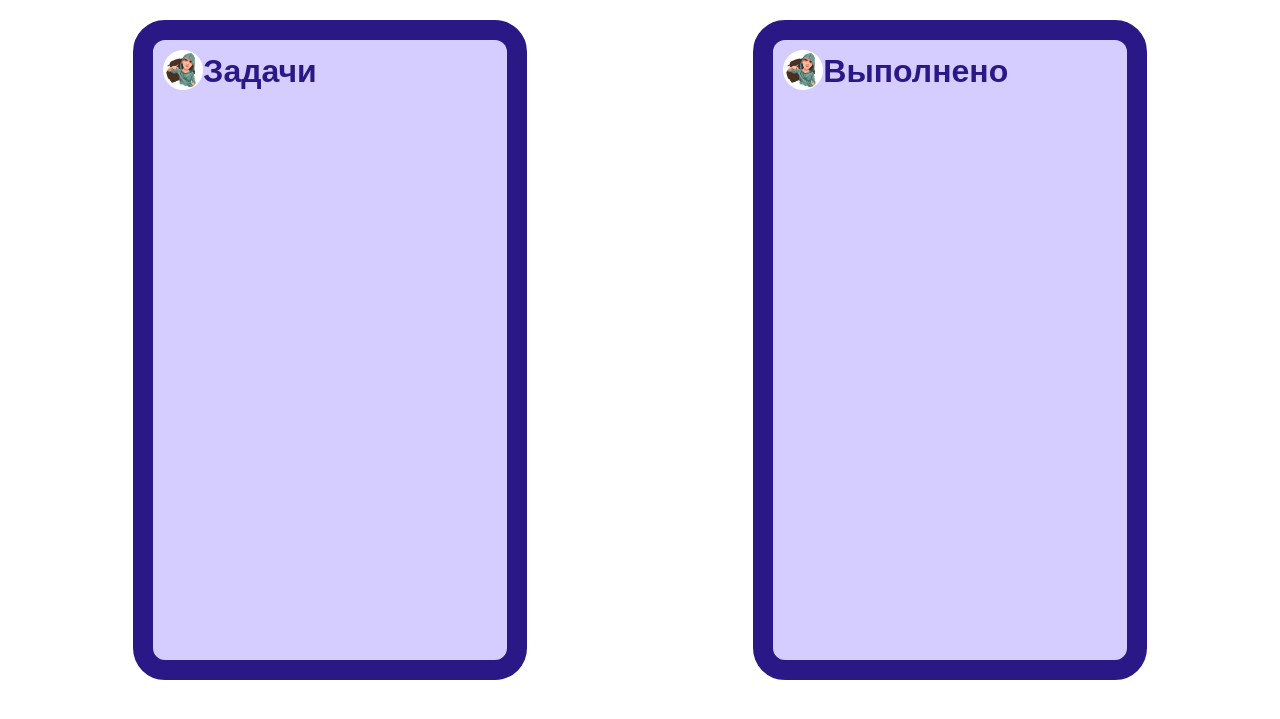
Repository: VitasYo/Kanban
Page: index.html
An editor plug-in stored every save of this project. The page is shown before and after a run of saves, followed by the edit.
The browser window is 1280 px wide. The pictures show the whole page.

Above is the page before, as saved 2024-04-11 11:57:13.

### index.html
<!DOCTYPE html>
<html lang="en">
<head>
  <meta charset="UTF-8">
  <meta name="viewport" content="width=device-width, initial-scale=1.0">
  <link rel="stylesheet" href="./src/assets/css/index.css">
  <title>To-Do-List-Kanban</title>
</head>
<body>
  <main class="kanban">
    <section class="kanban__column kanban__column--to-do">
      <div class="kanban__title_and_icon">
        <img height=40 width=40 src="src/assets/img/Avatar.jpg" alt="Аватар">
        <h2 class="kanban__title">Задачи</h2>
      </div>

    </section>

    <section class="kanban__column kanban__column--done">
      <div class="kanban__title_and_icon">
        <img height=40 width=40 src="src/assets/img/Avatar.jpg" alt="Аватар">
        <h2 class="kanban__title">Выполнено</h2>
      </div>
    </section>
  </main>
  </body>
<script src="./src/assets/js/index.js"></script>
</html>

### src/assets/css/index.css
@import url('https://fonts.googleapis.com/css2?family=DM+Sans:opsz,wght@9..40,100;9..40,200;9..40,300;9..40,400;9..40,500;9..40,600;9..40,700;9..40,800;9..40,900;9..40,1000&display=swap');
@import './component/_header.css';
@import './component/_kanban.css';
@import './_media.css';



* {
  font-family: 'DM Sans', sans-serif;
}

* {
  box-sizing: border-box;
  margin: 0;
  padding: 0;
}

body {
  font-family: 'Arial', sans-serif;
  background-color: white;
  color: white;
  display: flex;
  flex-direction: column;
  min-height: 100vh;
}


.header__title,
.footer__text {
  margin: 0;
  padding: 10px 0;
}

.container {
  width: 100%;
  padding-right: 15px;
  padding-left: 15px;
  margin-right: auto;
  margin-left: auto;
}

### src/assets/css/component/_kanban.css
.kanban {
    display: flex;
    flex-wrap: wrap;
    padding: 20px;
    justify-content: space-around;
    flex-grow: 1;
}

.kanban__column {
    flex: 0 0 100%;
    background-color: #D5CCFF;
    border-radius: 32px;
    border: 20px solid #2B1887;
    padding: 10px;
    margin: 0 10px 20px;

}

.kanban__title {
    color: #2B1887;
    font-size: 32px;
    padding-bottom: 10px;
    margin-bottom: 10px;
    padding-bottom: 10px;
}

.kanban__title_and_icon {
    display: flex;
    margin-right: 16px;
}

### src/assets/css/_media.css
@media (min-width: 576px) {
    .container {
        max-width: 540px;
    }
}

@media (min-width: 768px) {
    .container {
        max-width: 720px;
    }
}

@media (min-width: 992px) {
    .container {
        max-width: 960px;
    }
}

@media (min-width: 1200px) {
    .container {
        max-width: 1140px;
    }
}

@media (min-width: 1400px) {
    .container {
        max-width: 1320px;
    }
}

@media screen and (min-width: 640px) {
    .kanban__column {
        flex: 0 0 calc(33.333% - 20px);
    }
}

Loaded but not shown: src/assets/js/index.js (no stored copy; drawn as an empty file); src/assets/css/component/_header.css (no stored copy; drawn as an empty file)

After the next 4 saves:
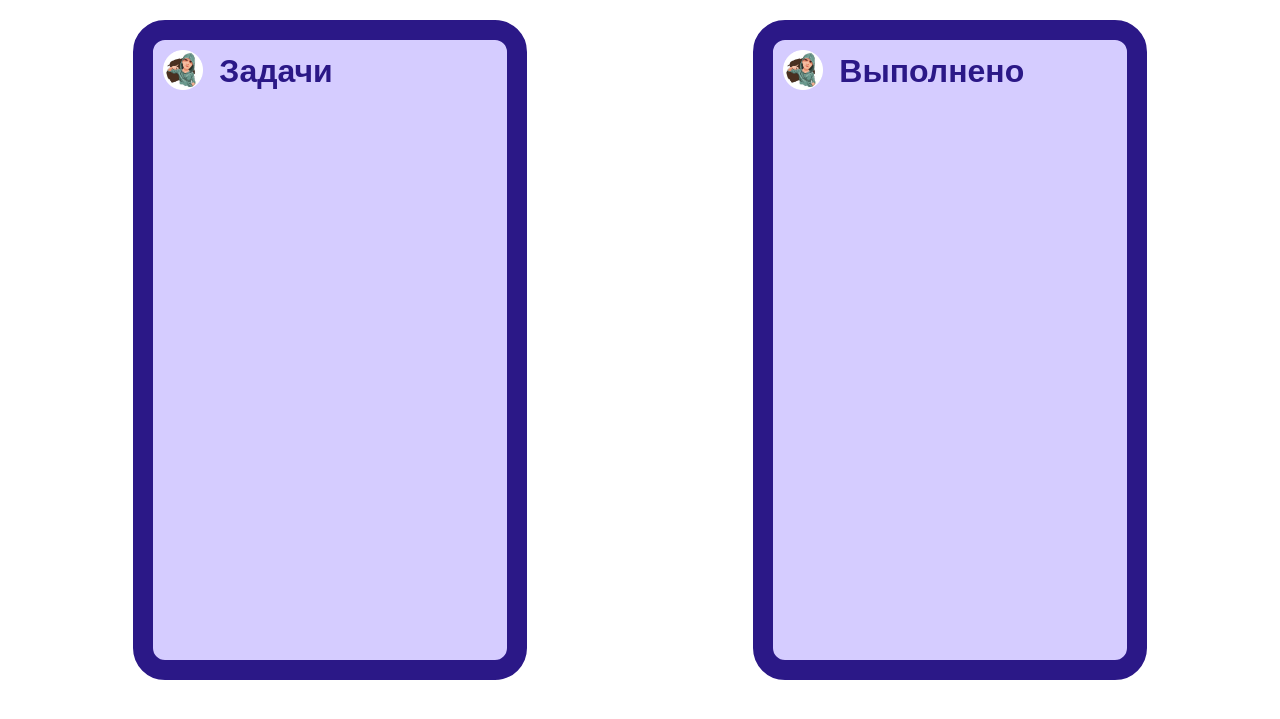
The 4 saves are shown as one change because they came seconds apart.
The last was saved 10 s later.
--- a/src/assets/css/component/_kanban.css
+++ b/src/assets/css/component/_kanban.css
@@ -21,10 +21,9 @@
     font-size: 32px;
     padding-bottom: 10px;
     margin-bottom: 10px;
-    padding-bottom: 10px;
+    padding-left: 16px;
 }
 
 .kanban__title_and_icon {
     display: flex;
-    margin-right: 16px;
 }
